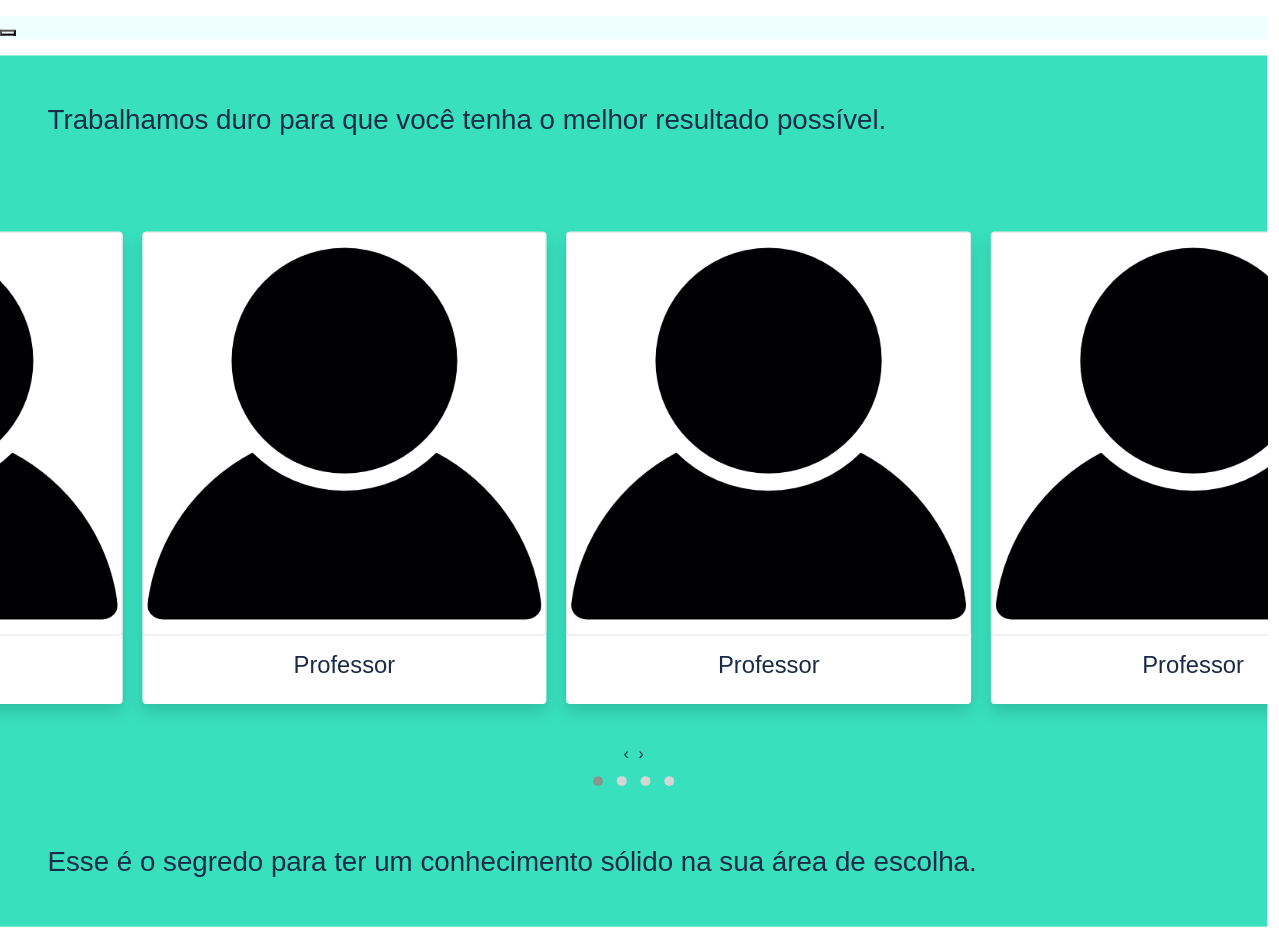
Repository: MarTech-Coders-Planejamento/site-oficial
Page: home.html
The author's editor kept a copy of each file at every save. The page is drawn from the files as they stood at one save, then again after the next save.
The browser window is 1280 px wide. The page is 1292 px wide, so the pictures cover 1292 px, including what lies to the right of the window. The pictures show the whole page, at 99% of full size.
Some web fonts or font styles are not loaded; a fallback is used.

Above is the page before, as saved 2021-10-22 23:54:21.

After the next save:
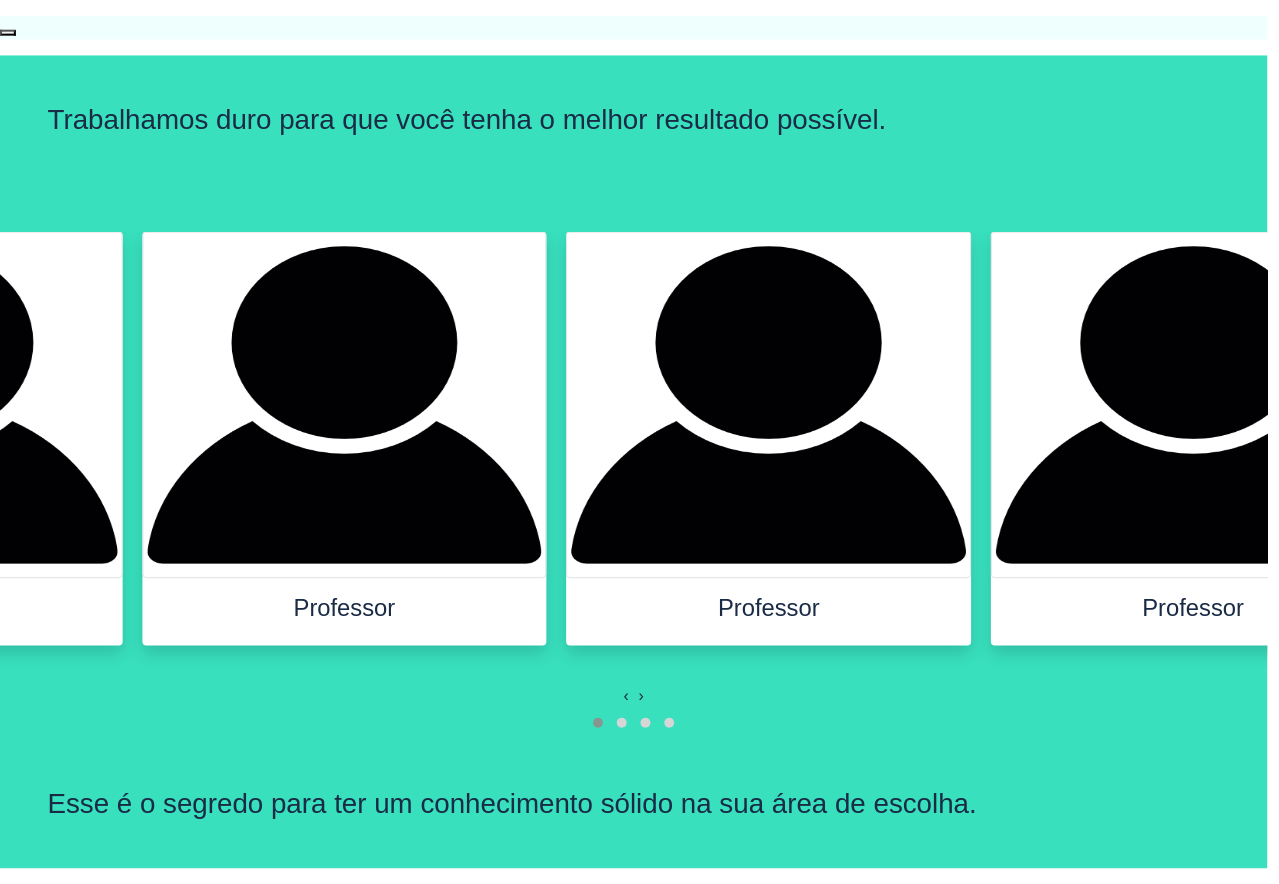
Saved 4 min 45 s later.
--- a/css/home.css
+++ b/css/home.css
@@ -23,6 +23,10 @@
   color: var(--texto);
 }
 
+.item img{
+  height: 350px;
+}
+
 .owl-stage{
   padding: 0;
   width: 100vw;
